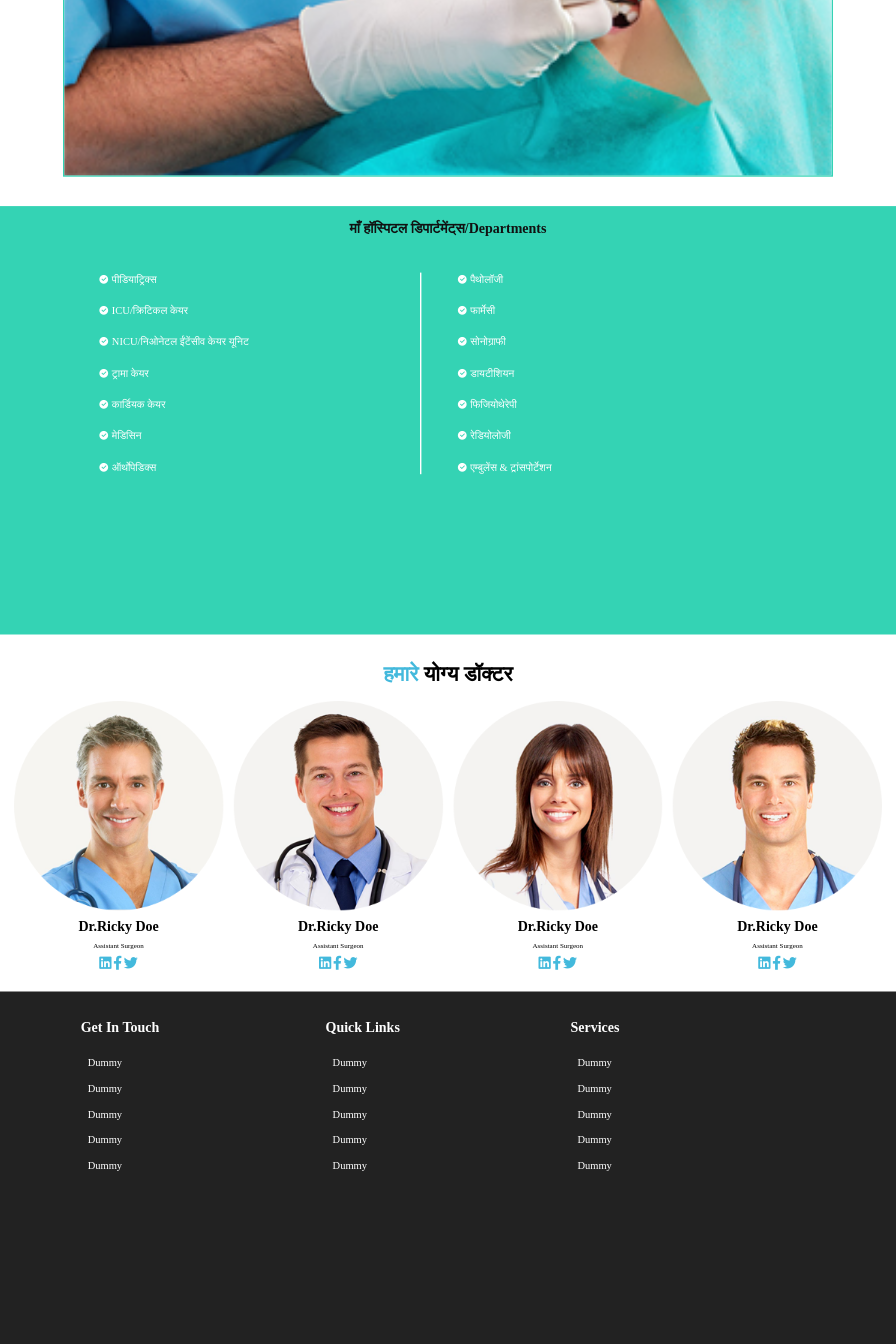
Repository: Aayush919/test
Page: index.html
An editor plug-in stored every save of this project. The page is shown before and after the next save, followed by the edit.
The browser window is 1280 px wide. The pictures show the part of the page from y = 2089 to 4009 px (the page is 4009 px tall before and 3946 px after), at 70% of full size.

Above is the page before, as saved 2023-10-15 09:04:11.

After the next save:
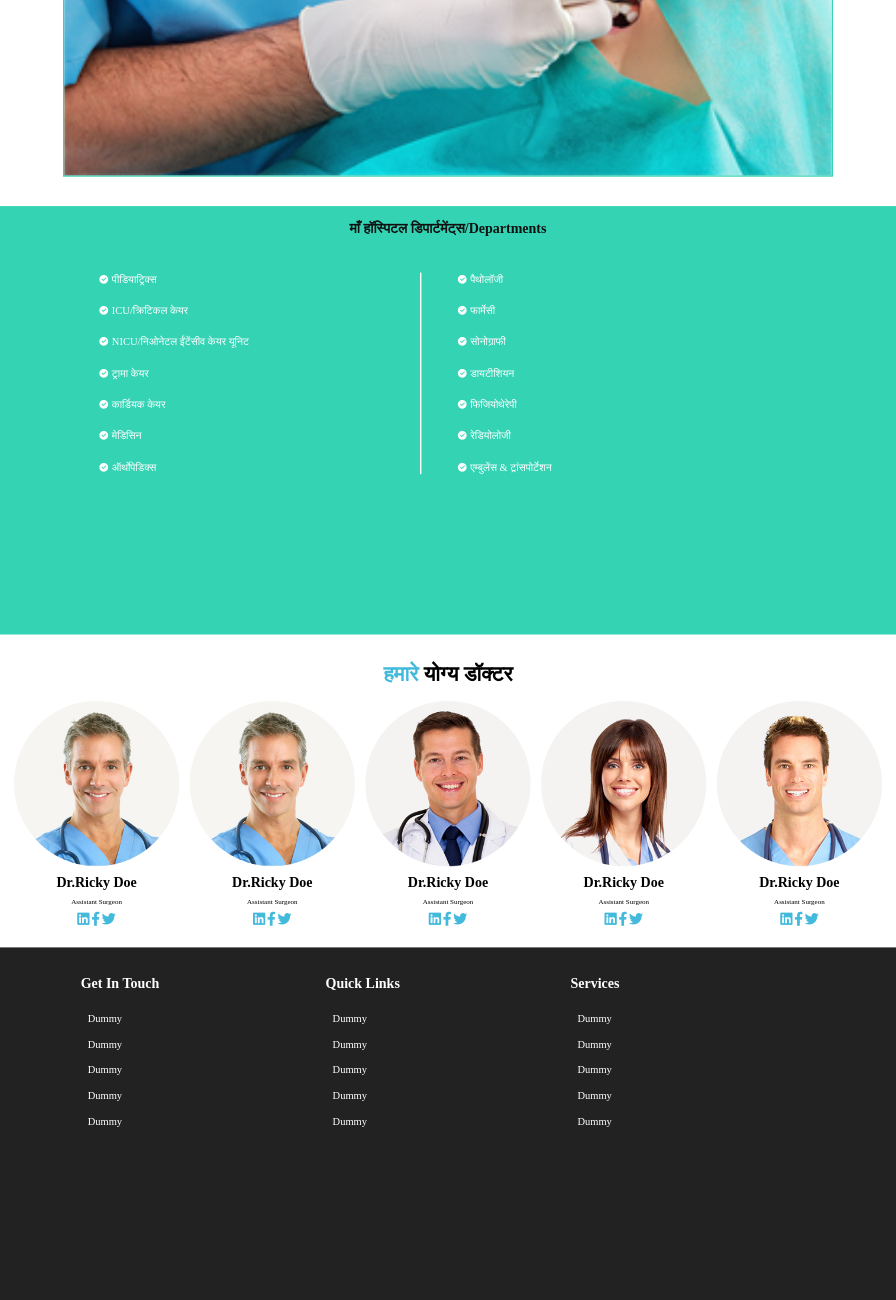
Saved 25 s later.
--- a/index.html
+++ b/index.html
@@ -153,6 +153,16 @@
             </div>
         </div>
         <div class="section-box">
+            <img src="images/ourteam1.png" alt="">
+            <h3>Dr.Ricky Doe</h3>
+            <p>assistant surgeon</p>
+            <div class="team-social-links">
+                <i class="fab fa-linkedin"></i>
+                <i class="fab fa-facebook-f"></i>
+                <i class="fab fa-twitter"></i>
+            </div>
+        </div>
+        <div class="section-box">
             <img src="images/ourteam2.png" alt="">
             <h3>Dr.Ricky Doe</h3>
             <p>assistant surgeon</p>
